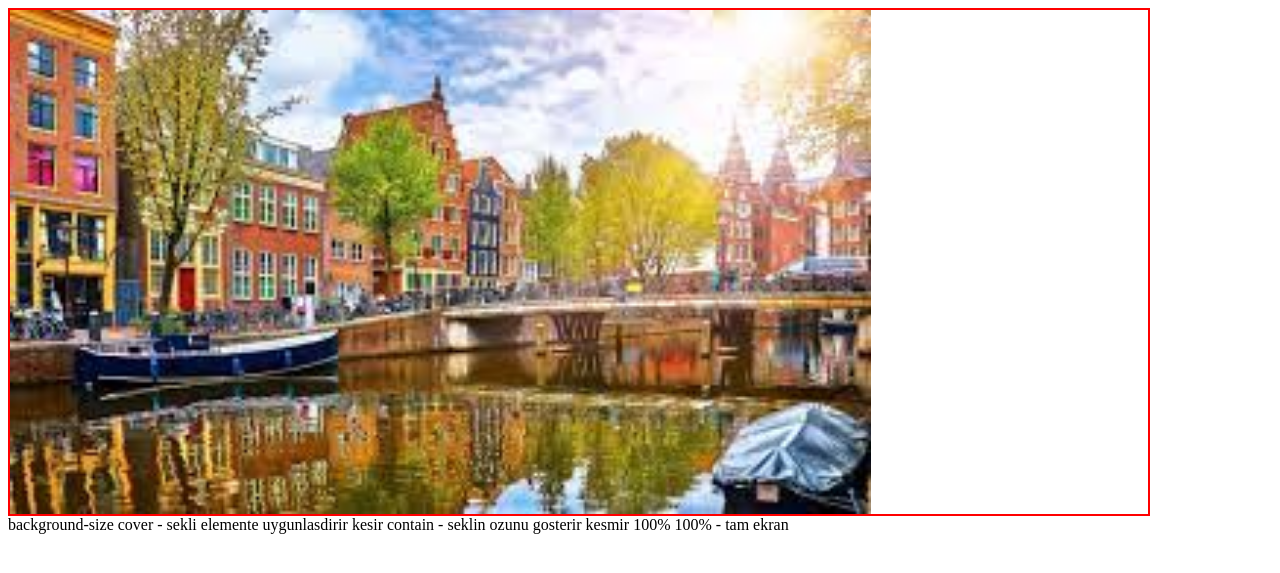
Repository: AytacSafarova/TAsk-11
Page: index.html
An editor plug-in stored every save of this project. The page is shown before and after the next save, followed by the edit.
The browser window is 1280 px wide. The pictures show the whole page.

Above is the page before, as saved 2023-08-31 22:12:25.

After the next save:
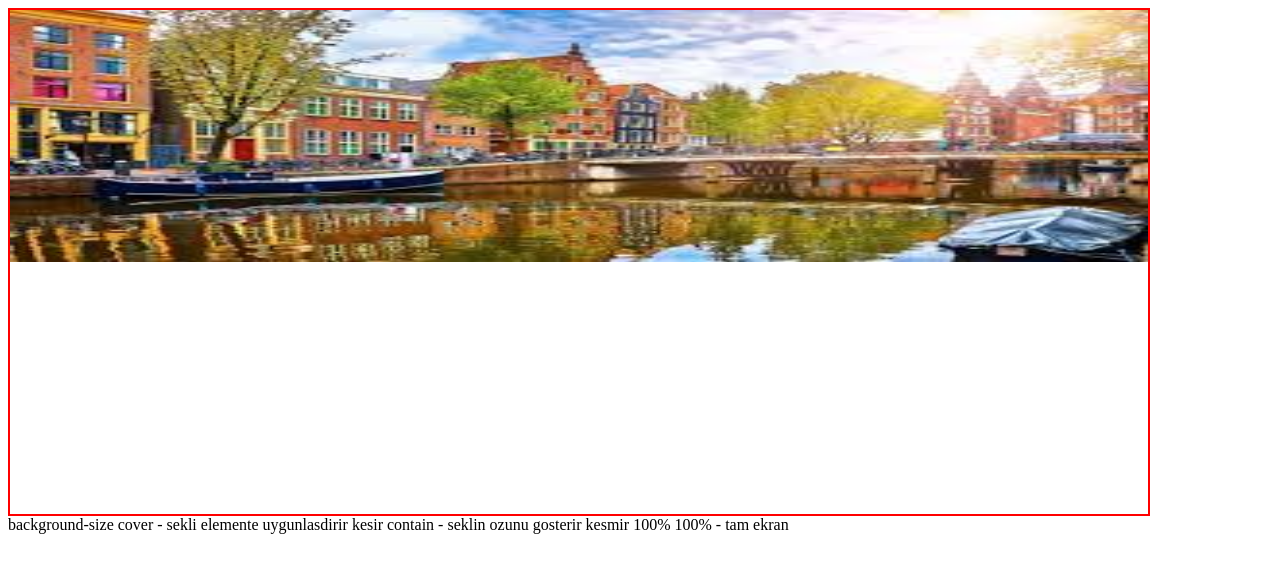
Saved 13 s later.
--- a/index.html
+++ b/index.html
@@ -12,7 +12,7 @@
         width: 90%;
         border:  2px solid red;
         background-repeat: no-repeat;
-        background-size: contain;
+        background-size: 100% 50%;
     }
 </style>
 <body>
